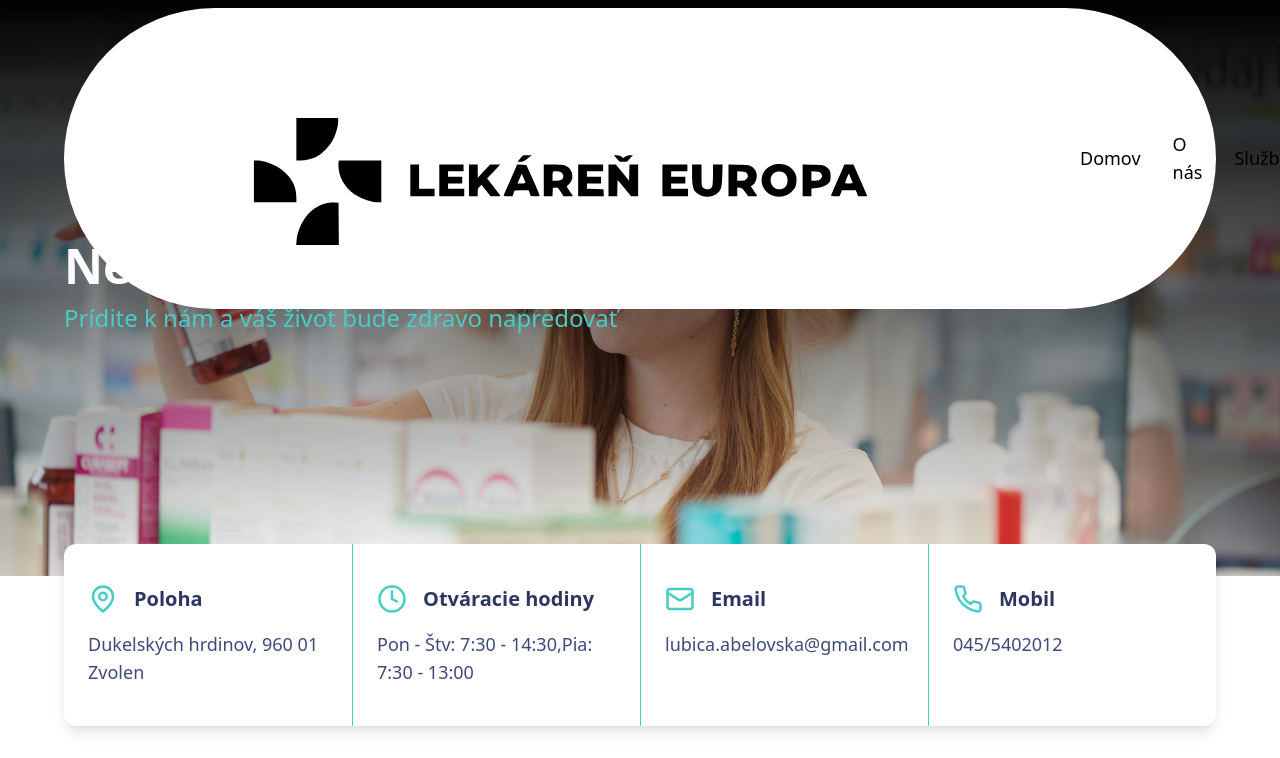
Repository: SimonSkoda13/Lekaren
Page: /
These files come from the project's save history. The page is drawn as it stood at one moment and after the next save; the edit follows.
The browser window is 1280 px wide. The pictures show the whole page.
The project was rebuilt for these pictures with package versions that can differ from the ones it lists, and the page was loaded fresh each time. The framework's server and built-in components were replaced by stand-ins that run in the browser. Also part of the build but not shown: next.config.js.

Above is the page before, as saved 2023-04-22 19:22:53.

After the next save:
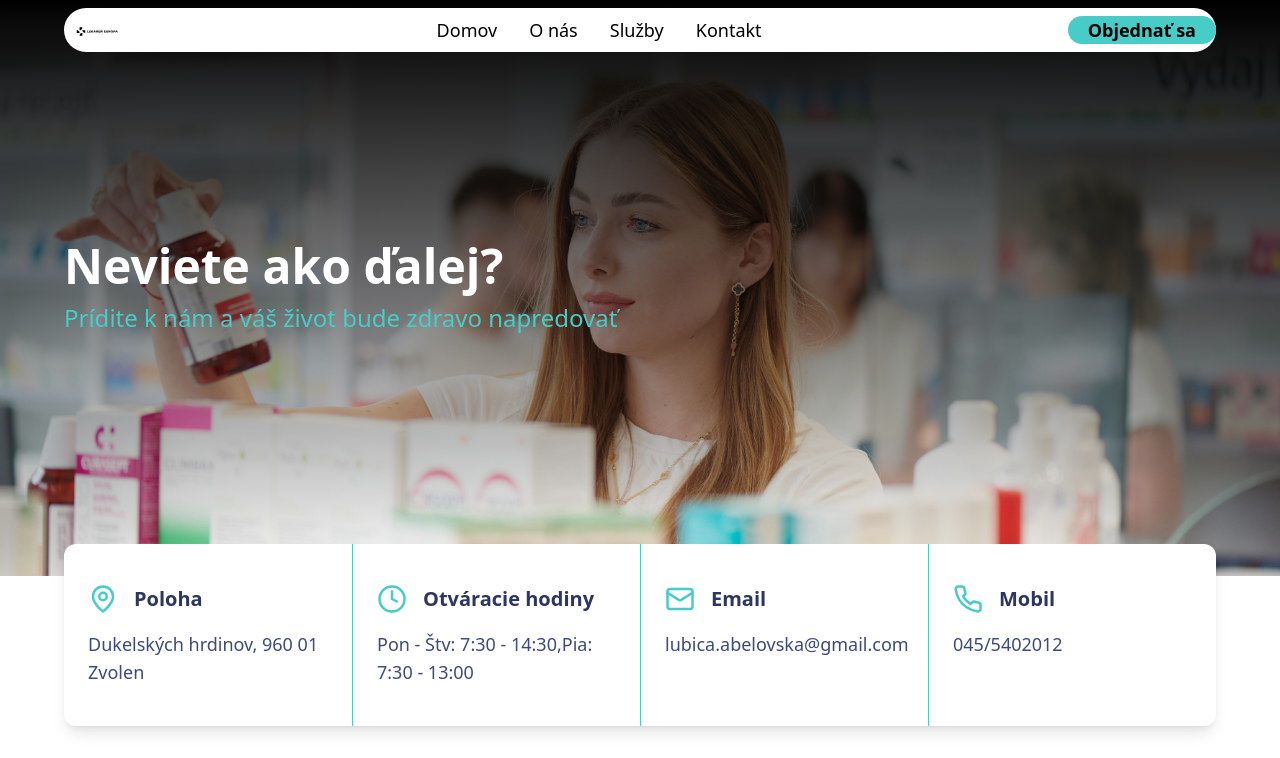
Saved 25 s later.
--- a/src/app/components/Header/Header.tsx
+++ b/src/app/components/Header/Header.tsx
@@ -8,7 +8,7 @@ export const Header = (props: HeaderProps) => {
   return (
     <header className="cntn fixed w-full top-2 z-10">
       <div className="flex bg-white rounded-full items-center">
-        <img src="/headerLogo.svg" className="h-full w-auto" />
+        <img src="/headerLogo.svg" className="h-5 w-auto" />
         <div className="py-2 px-4 flex gap-8 items-center mx-auto text-lg font-medium">
           <Link href="/">Domov</Link>
           <Link href="/onas">O nás</Link>
